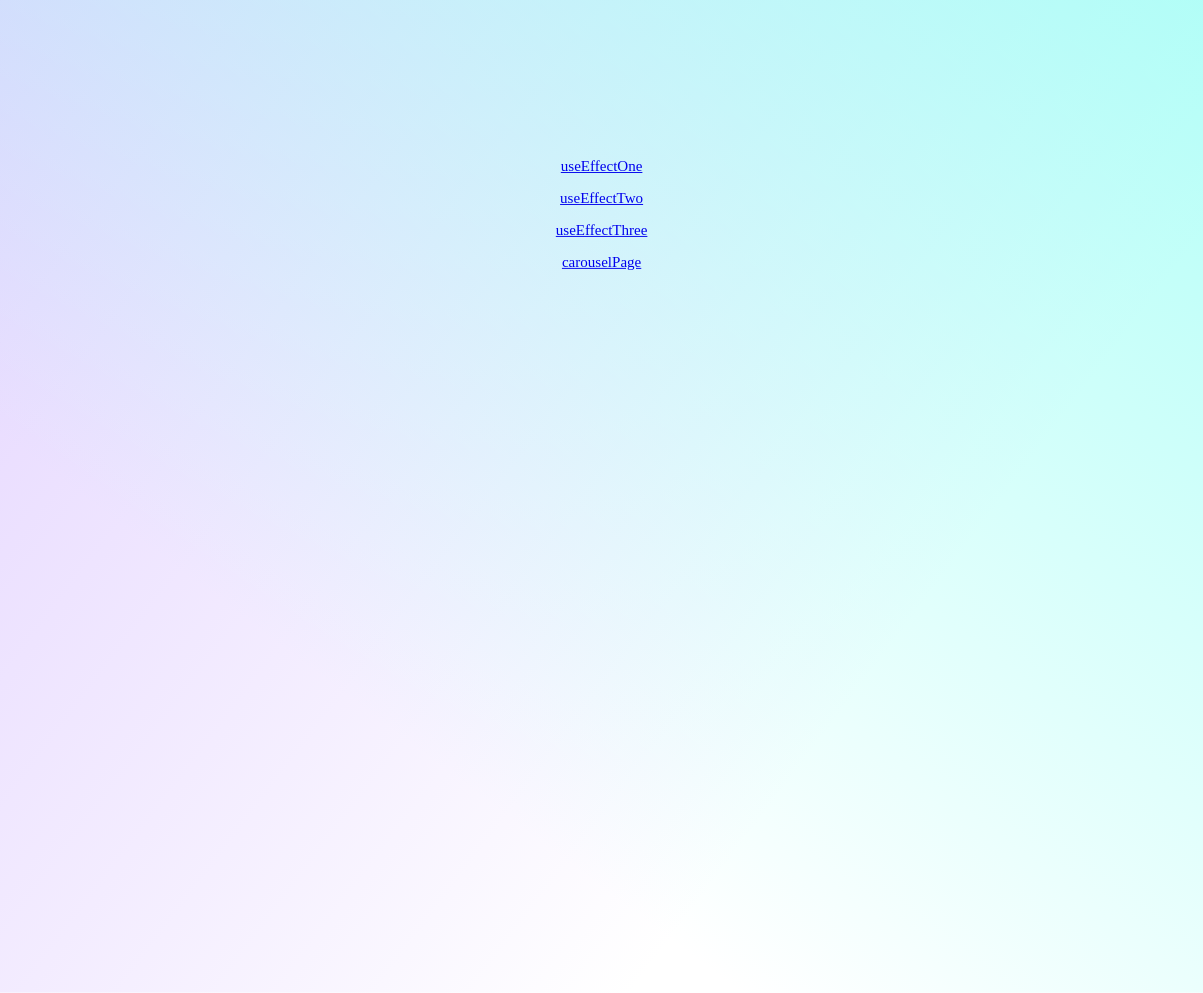
Repository: juliet-jskim/week-8-useEffect-carousel
Page: /
The author's editor kept a copy of each file at every save. The page is drawn from the files as they stood at one save, then again after the next save.
The browser window is 1280 px wide. The pictures show the whole page, at 94% of full size.
The project was rebuilt for these pictures with package versions that can differ from the ones it lists, and the page was loaded fresh each time. The framework's server and built-in components were replaced by stand-ins that run in the browser. Also part of the build but not shown: next.config.js.

Above is the page before, as saved 2023-02-20 21:52:38.

### pages/index.js
import Head from 'next/head'
import styles from '@/styles/Home.module.css'
import Link from 'next/link'

export default function Home() {
  return (
    <>
      <Head>
        <title>Create Next App</title>
        <meta name="description" content="Generated by create next app" />
        <meta name="viewport" content="width=device-width, initial-scale=1" />
        <link rel="icon" href="/favicon.ico" />
      </Head>
      <main className={styles.main}>
       <Link href="/useEffectOne">useEffectOne</Link>
       <Link href="/useEffectTwo">useEffectTwo</Link>
       <Link href="/useEffectThree">useEffectThree</Link>
       <Link href="/carouselPage">carouselPage</Link>
      </main>
    </>
  )
}

### styles/globals.css
:root {
  /** add colors you want to add to all the pages here**/
  background: linear-gradient(217deg, rgba(156, 255, 245, 0.767), rgba(0, 42, 255, 0) 70.71%),
  linear-gradient(127deg, rgba(221, 201, 255, 0.8), rgba(0,255,0,0) 70.71%),
  linear-gradient(336deg, rgba(255, 255, 255, 0.8), rgba(0,0,255,0) 70.71%);


}

### styles/Home.module.css
.main {
  display: flex;
  flex-direction: column;
  gap: 1rem;
  align-items: center;
  padding: 10rem;
  min-height: 100vh;
}

Loaded but not shown: pages/_app.js (common file); pages/_document.js (common file)

After the next save:
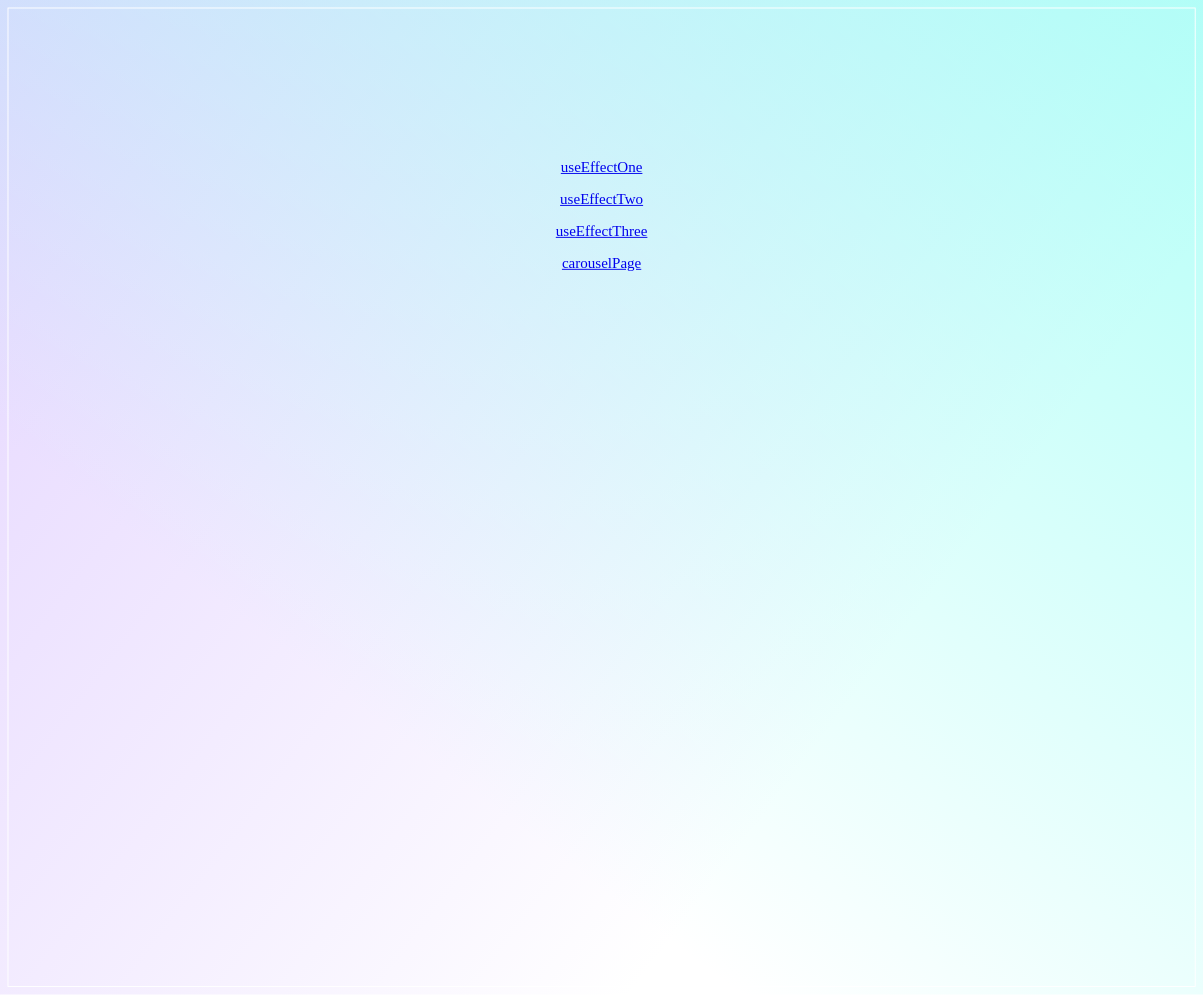
Saved 22 s later.
--- a/styles/Home.module.css
+++ b/styles/Home.module.css
@@ -5,4 +5,5 @@
   align-items: center;
   padding: 10rem;
   min-height: 100vh;
+  border: 1px solid white;
 }
